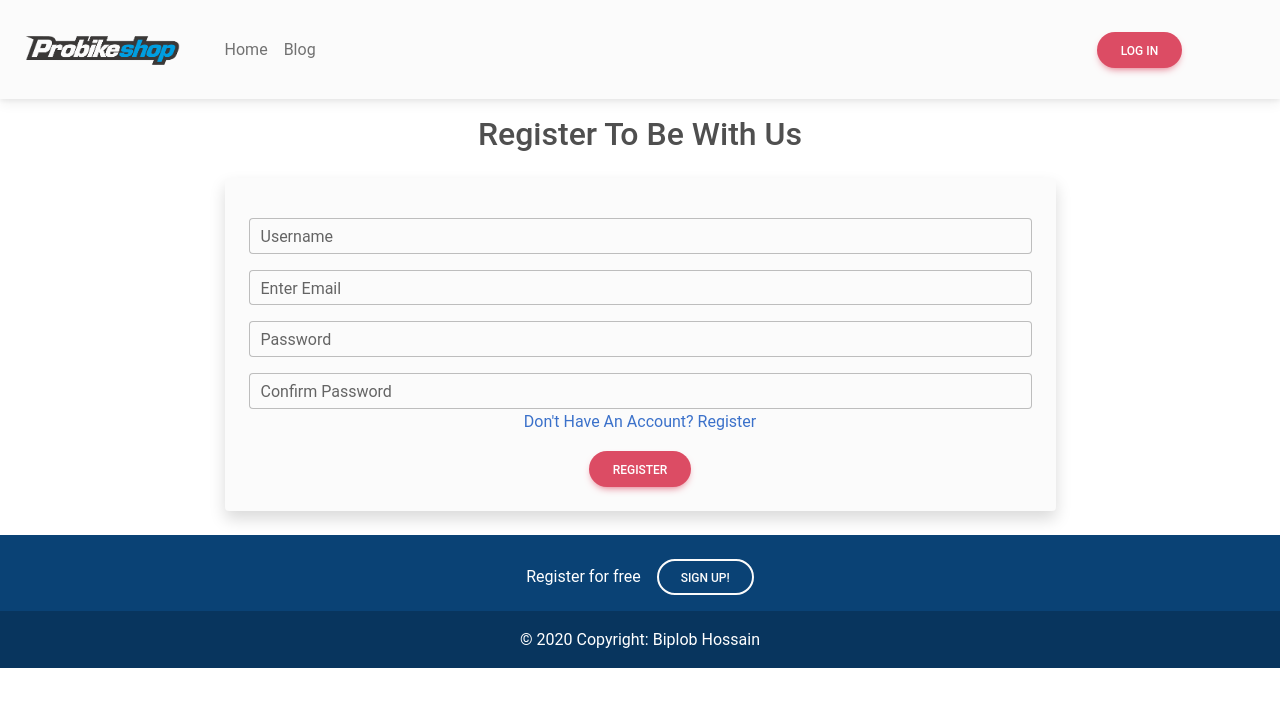
Repository: Tanvir3744/Ware-house
Page: /register
An editor plug-in stored every save of this project. The page is shown before and after the next save, followed by the edit.
The browser window is 1280 px wide. The pictures show the whole page.
The project was rebuilt for these pictures with package versions that can differ from the ones it lists, and the page was loaded fresh each time. Also part of the build but not shown: src/components/Home/Banner/Banner.js, src/components/Home/Home.js, src/components/Login/Login.js, src/components/Blog/Blog.js.

Above is the page before, as saved 2022-05-13 00:14:35.

After the next save:
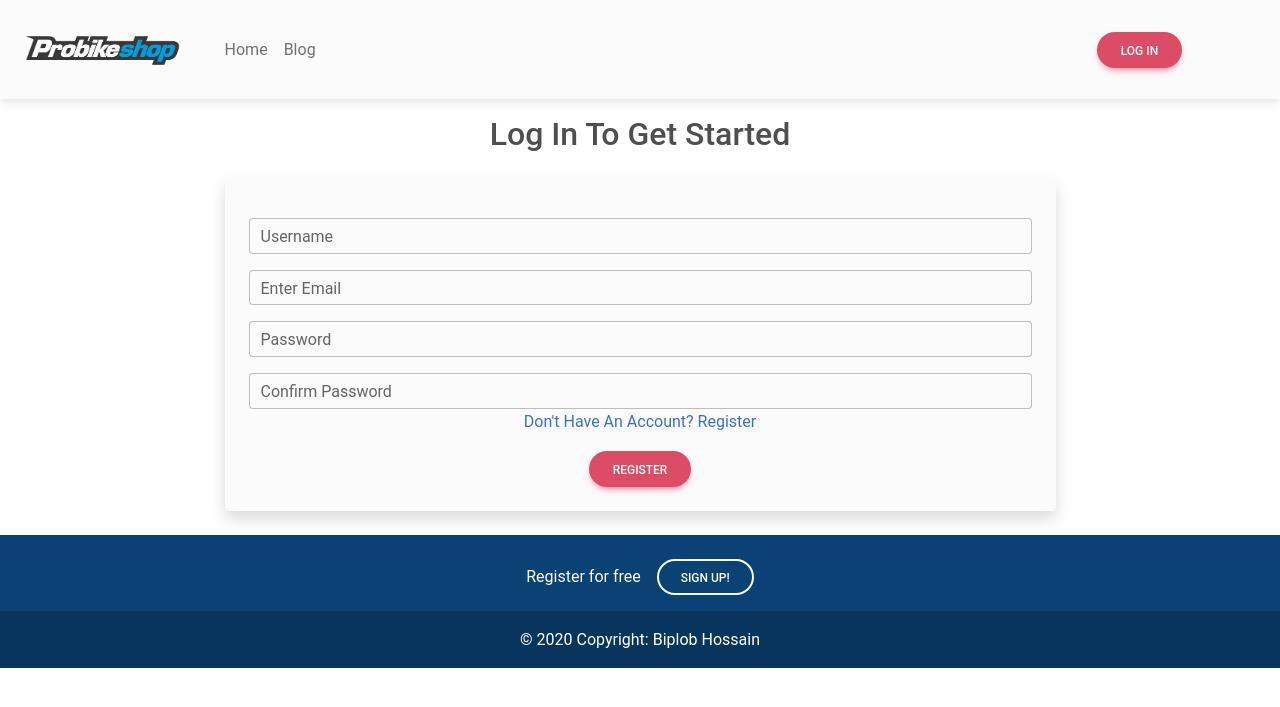
Saved 34 s later.
--- a/src/components/Register/Register.js
+++ b/src/components/Register/Register.js
@@ -7,7 +7,7 @@ const Register = () => {
             <div className="container">
                 <div className="row">
                     <div className="col-lg-7 w-75 mx-auto">
-                        <h2 className='mt-3 '>Register To Be With Us</h2>
+                        <h2 className='mt-3 '>Log In To Get Started</h2>
                         <form className='mt-4 mb-4 bg-light shadow rounded p-4'>
                             <MDBInput className='mt-3' label='Username' id='typeName' type='text' name='username' required />
                             <MDBInput className='mt-3' label='Enter Email' name='email' id='typeEmail' type='email' required />
